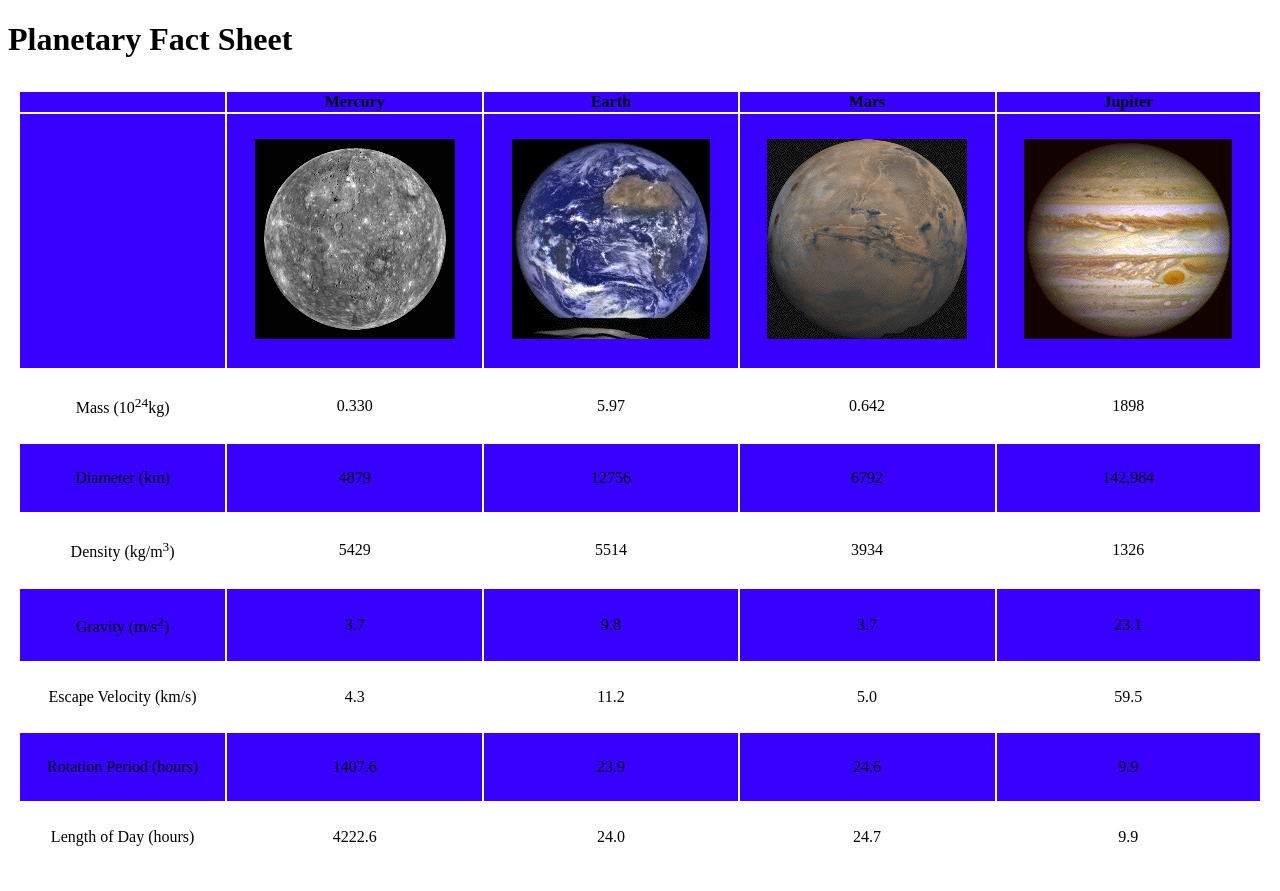
Repository: rishondass/ITMD361-Lab5
Page: index.html
An editor plug-in stored every save of this project. The page is shown before and after the next save, followed by the edit.
The browser window is 1280 px wide. The pictures show the whole page.

Above is the page before, as saved 2023-02-22 19:11:41.

### index.html
<!DOCTYPE html>
<html lang="en">
<head>
  <meta charset="utf-8">
  <title>Planetary Fact Sheet</title>
  <link rel="stylesheet" href="css/style.css">
</head>
<body>
  <h1>Planetary Fact Sheet</h1>
  <table id="planets">
    <thead>
      <tr>
        <th></th>
        <th>Mercury</th>
        <th>Earth</th>
        <th>Mars</th>
        <th>Jupiter</th>
      </tr>
    </thead>
    <tbody>
      <tr>
        <td></td>
        <td><img src="images/mercury.gif" alt="image_of_Mercury"></td>
        <td><img src="images/earth.gif" alt="image_of_Earth"></td>
        <td><img src="images/mars.gif" alt="image_of_Mars"></td>
        <td><img src="images/jupiter.gif" alt="image_of_Jupiter"></td>
      </tr>
      <tr class="data">
        <td>Mass (10<sup>24</sup>kg)</td>
        <td>0.330</td>
        <td>5.97</td>
        <td>0.642</td>
        <td>1898</td>
      </tr>
      <tr class="data">
        <td>Diameter (km)</td>
        <td>4879</td>
        <td>12756</td>
        <td>6792</td>
        <td>142,984</td>
      </tr>
      <tr class="data">
        <td>Density (kg/m<sup>3</sup>)</td>
        <td>5429</td>
        <td>5514</td>
        <td>3934</td>
        <td>1326</td>
      </tr>
      <tr class="data">
        <td>Gravity (m/s<sup>2</sup>)</td>
        <td>3.7</td>
        <td>9.8</td>
        <td>3.7</td>
        <td>23.1</td>
      </tr>
      <tr class="data">
        <td>Escape Velocity (km/s)</td>
        <td>4.3</td>
        <td>11.2</td>
        <td>5.0</td>
        <td>59.5</td>
      </tr>
      <tr class="data">
        <td>Rotation Period (hours)</td>
        <td>1407.6</td>
        <td>23.9</td>
        <td>24.6</td>
        <td>9.9</td>
      </tr>
      <tr class="data">
        <td>Length of Day (hours)</td>
        <td>4222.6</td>
        <td>24.0</td>
        <td>24.7</td>
        <td>9.9</td>
      </tr>
    </tbody>
  </table>
</body>

### css/style.css
#planets {
	border: none;
  padding: 10px;
  /* background-color: aqua; */
  width: 100%;
  text-align: center;
  /* height: 80vh; */
}

#planets tr td{
  /* background-color: red; */
  padding: 25px;
}

#planets tr:nth-child(odd){
  background-color: rgb(55, 0, 255);
}

After the next save:
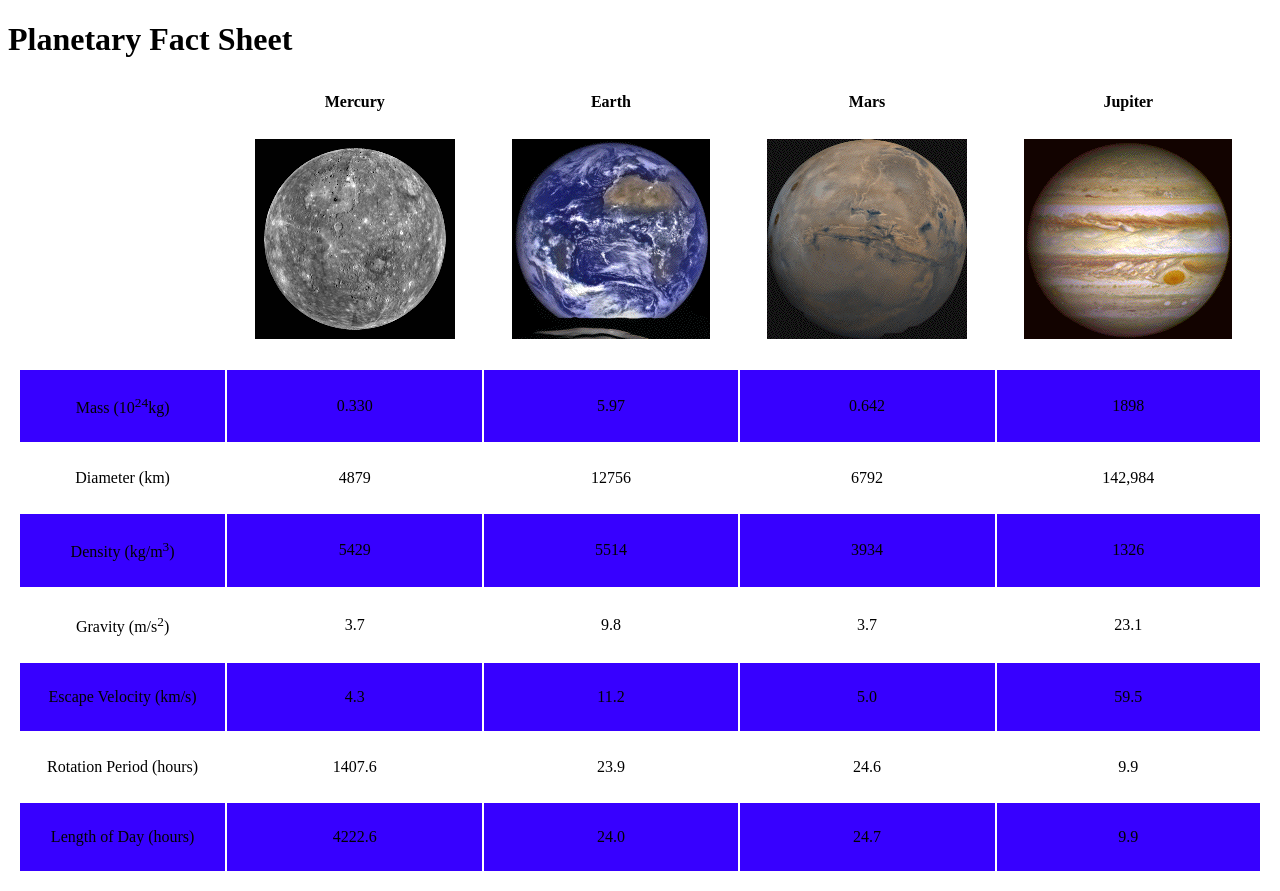
Saved 8 s later.
--- a/css/style.css
+++ b/css/style.css
@@ -12,6 +12,6 @@
   padding: 25px;
 }
 
-#planets tr:nth-child(odd){
+#planets tr:nth-child(even){
   background-color: rgb(55, 0, 255);
 }
